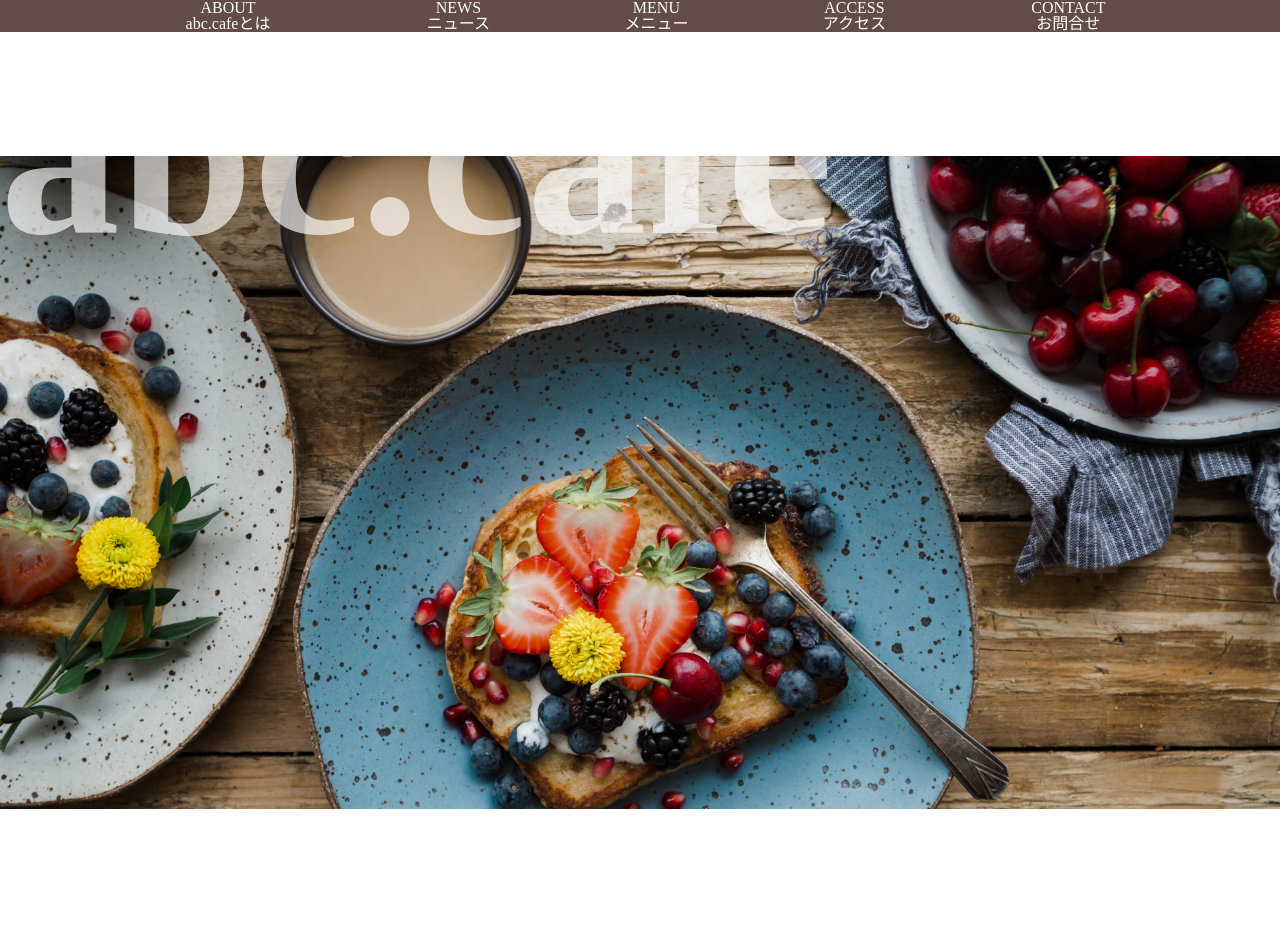
Repository: nozomi-23/lp1_test
Page: index.html
The author's editor kept a copy of each file at every save. The page is drawn from the files as they stood at one save, then again after the next save.
The browser window is 1280 px wide. The pictures show the whole page.

Above is the page before, as saved 2022-06-07 22:25:51.

After the next save:
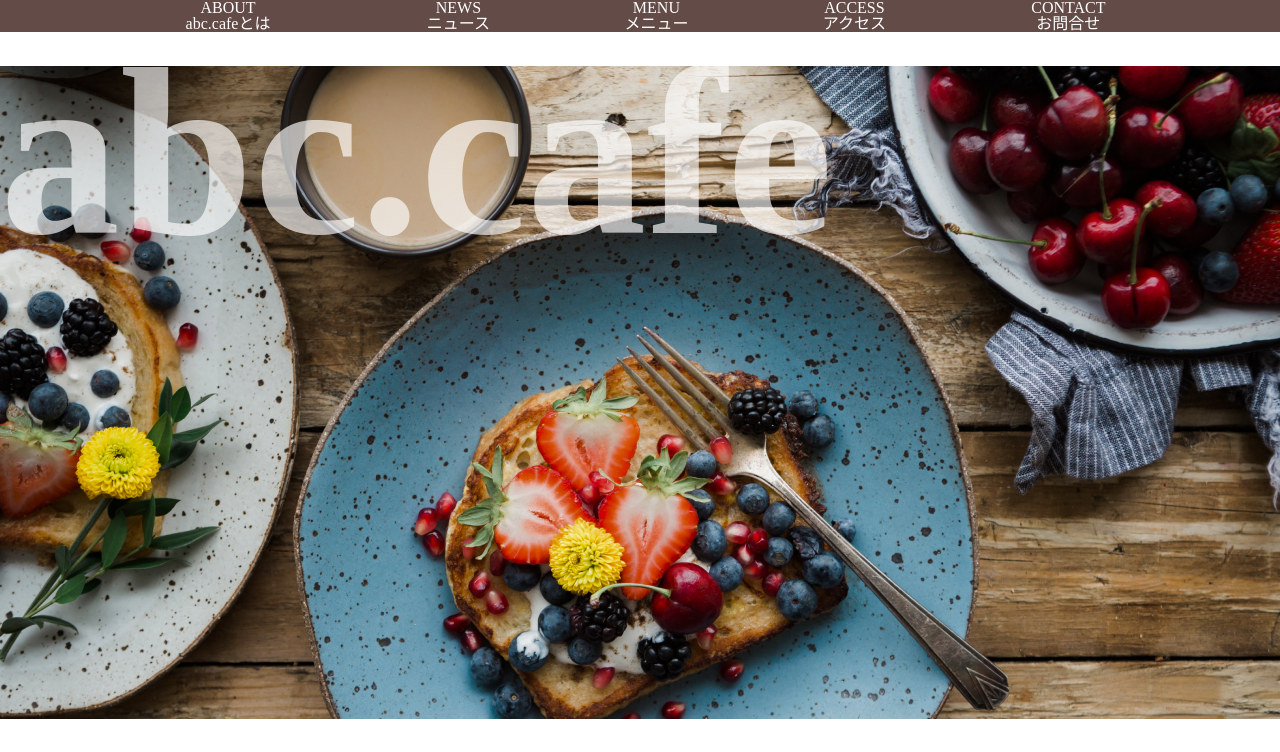
Saved 3 min 14 s later.
--- a/css/common.css
+++ b/css/common.css
@@ -50,7 +50,7 @@
 =========================*/
 .top_wrapper {
   width: 100%;
-  height: 125vh;
+  height: 100vh;
   background: url(../img/main.png) no-repeat center;
 }
 .top_inner h1{
